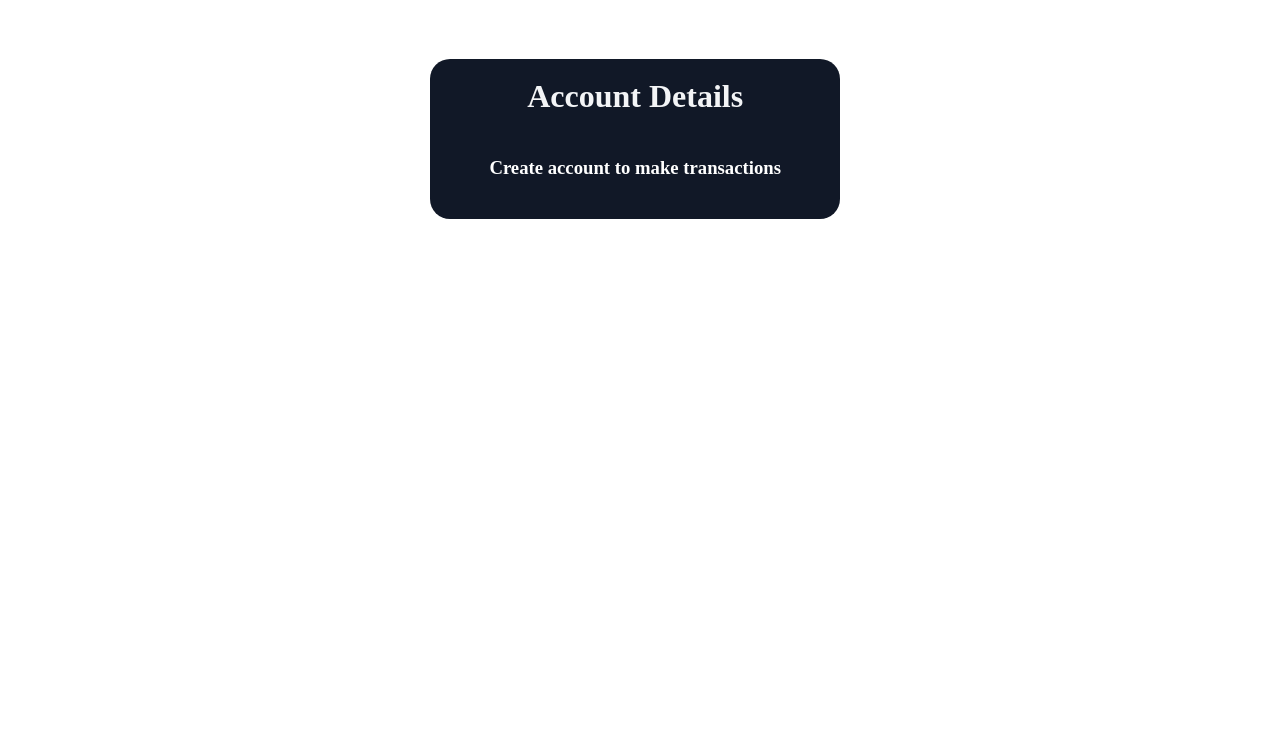
Repository: PeruriNaresh/Bank_Project
Page: http://localhost/bank_project/accountdetails.jsp
These files come from the project's save history. The page is drawn as it stood at one moment and after the next save; the edit follows.
The browser window is 1280 px wide. The page is 1288 px wide, so the pictures cover 1288 px, including what lies to the right of the window. The pictures show the whole page.
The page is served by Tomcat 9.

Above is the page before, as saved 2024-10-27 13:50:34.

After the next save:
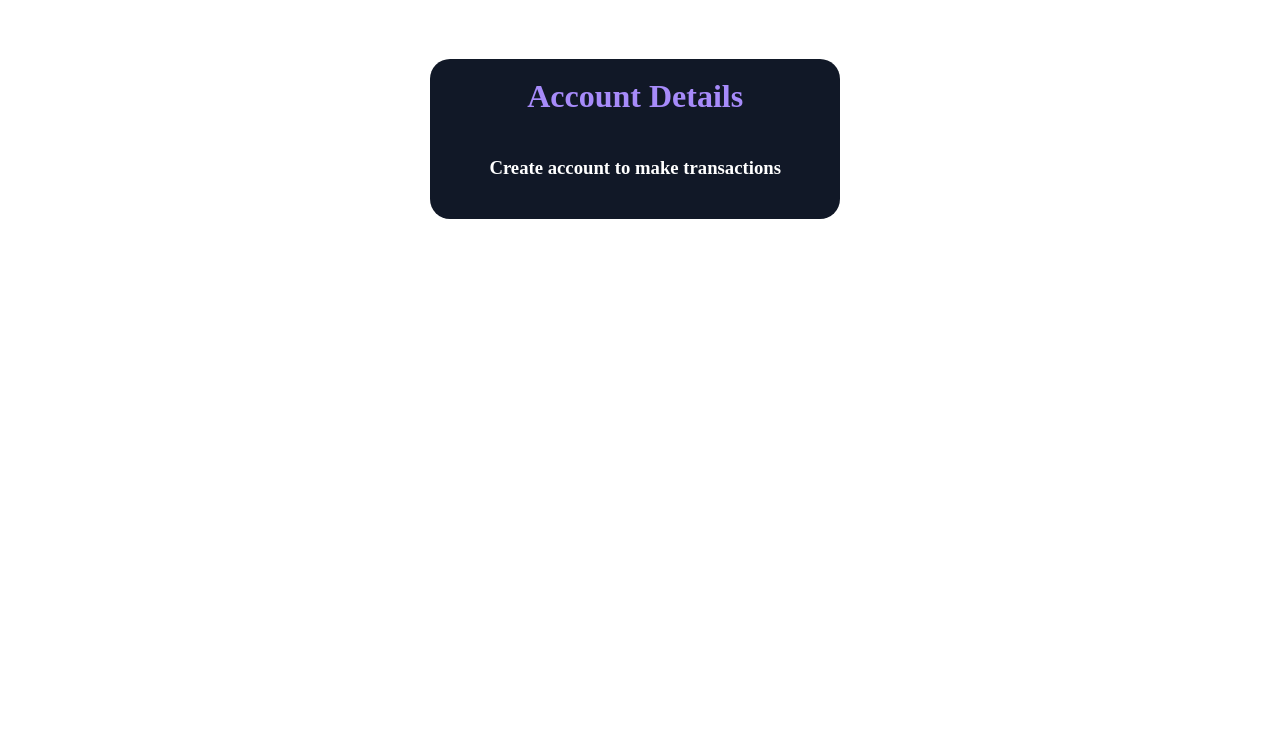
Saved 16 s later.
--- a/bank_project/src/main/webapp/accountdetails.jsp
+++ b/bank_project/src/main/webapp/accountdetails.jsp
@@ -31,7 +31,7 @@
 		display:inline;
 		padding:3vh 0vw;
 		positon:relative;
-		color: rgba(243, 244, 246, 1);
+        color: rgba(167, 139, 250, 1);
 	}
 	h3
 	{
